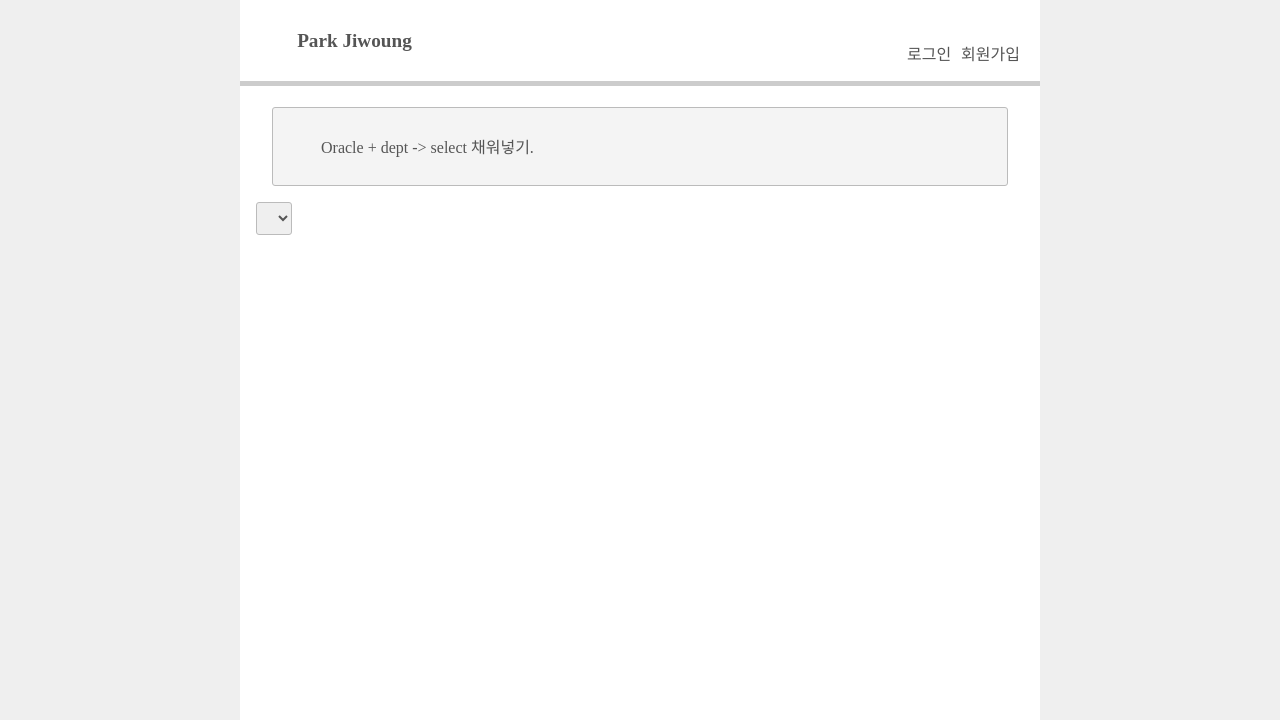
Repository: park-jiwoong/webClass
Page: http://localhost/jspPro/days01/ex05.jsp
These files come from the project's save history. The page is drawn as it stood at one moment and after a run of saves; the edit follows.
The browser window is 1280 px wide. The pictures show the whole page.
Some web fonts or font styles are not loaded; a fallback is used. The page is served by Tomcat 9. Queries for data that is not in the repository find no rows.

Above is the page before, as saved 2025-05-21 08:28:52.

After the next 2 saves:
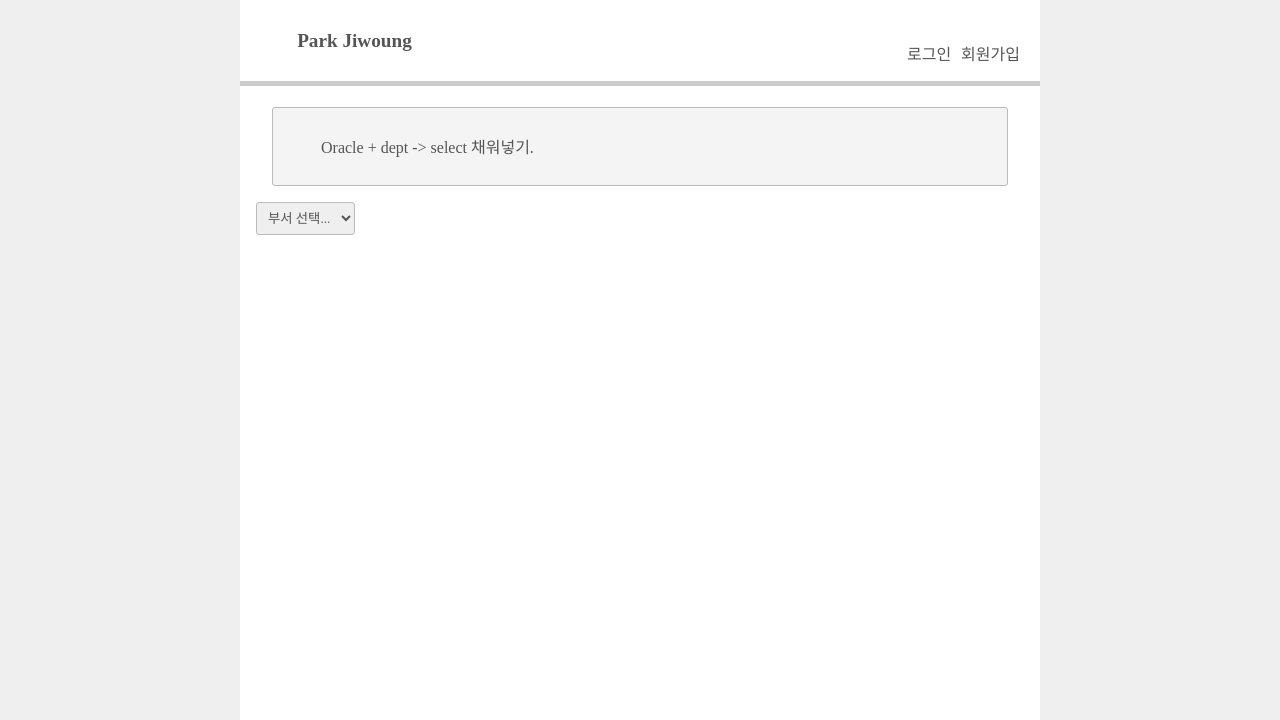
The 2 saves are shown as one change because they came seconds apart.
The last was saved 26 s later.
--- a/webPro/src/main/webapp/JSPClass/jspPro/src/main/webapp/days01/ex05.jsp
+++ b/webPro/src/main/webapp/JSPClass/jspPro/src/main/webapp/days01/ex05.jsp
@@ -78,7 +78,7 @@
         Oracle + dept -> select 채워넣기.
     </xmp>
    	<select id="deptno" name="deptno">
-    <optgroup label=""></optgroup>
+    <option>부서 선택...</option>
     </select>
 </div>
 </body>
